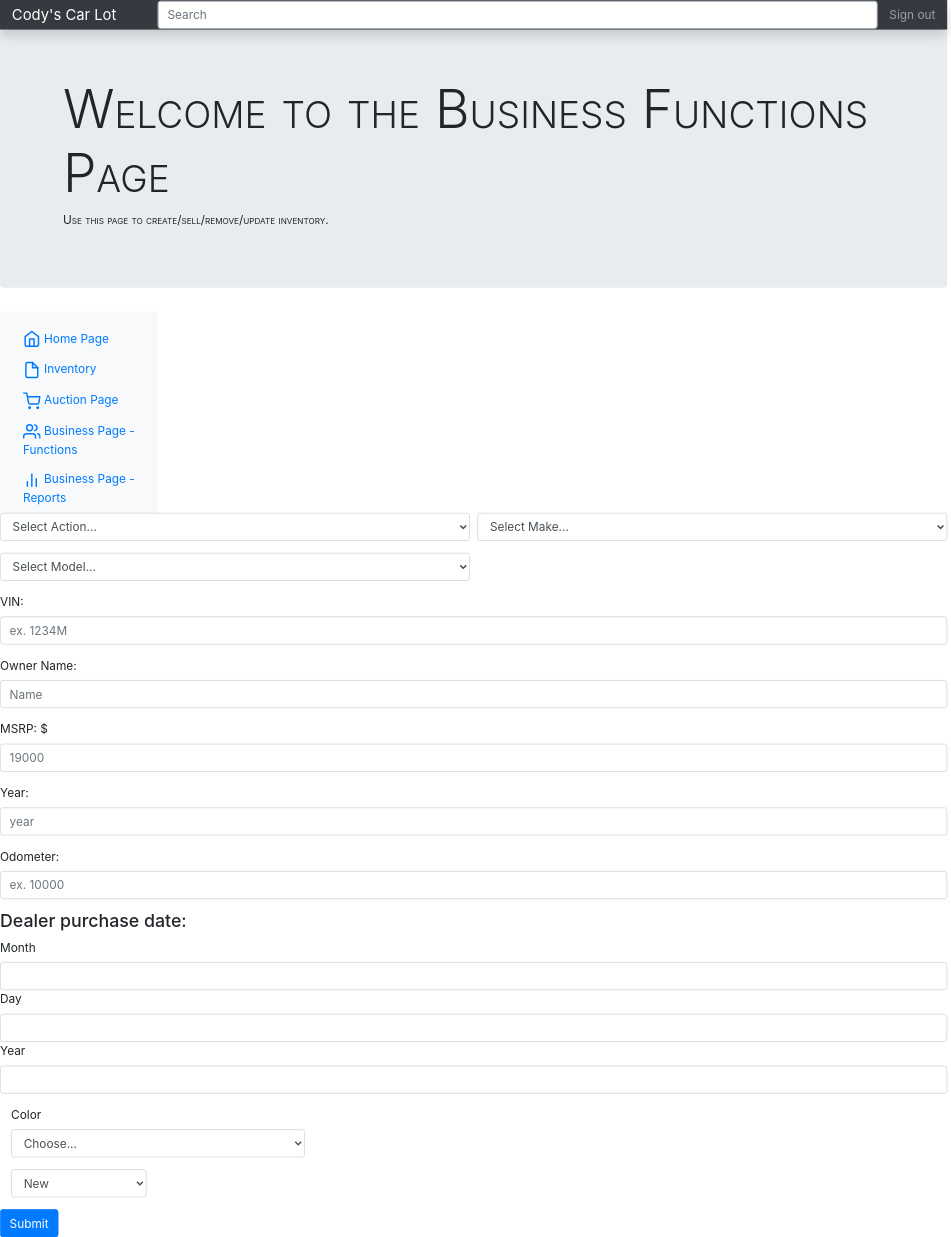
Repository: CodyHogge/CarDealershipProject
Page: http://localhost/CarDealershipProject/booted_functions.jsp
An editor plug-in stored every save of this project. The page is shown before and after the next save, followed by the edit.
The browser window is 1280 px wide. The page is 1285 px wide, so the pictures cover 1285 px, including what lies to the right of the window. The pictures show the whole page, at 74% of full size.
The page is served by Tomcat 9.

Above is the page before, as saved 2020-09-16 16:34:58.

After the next save:
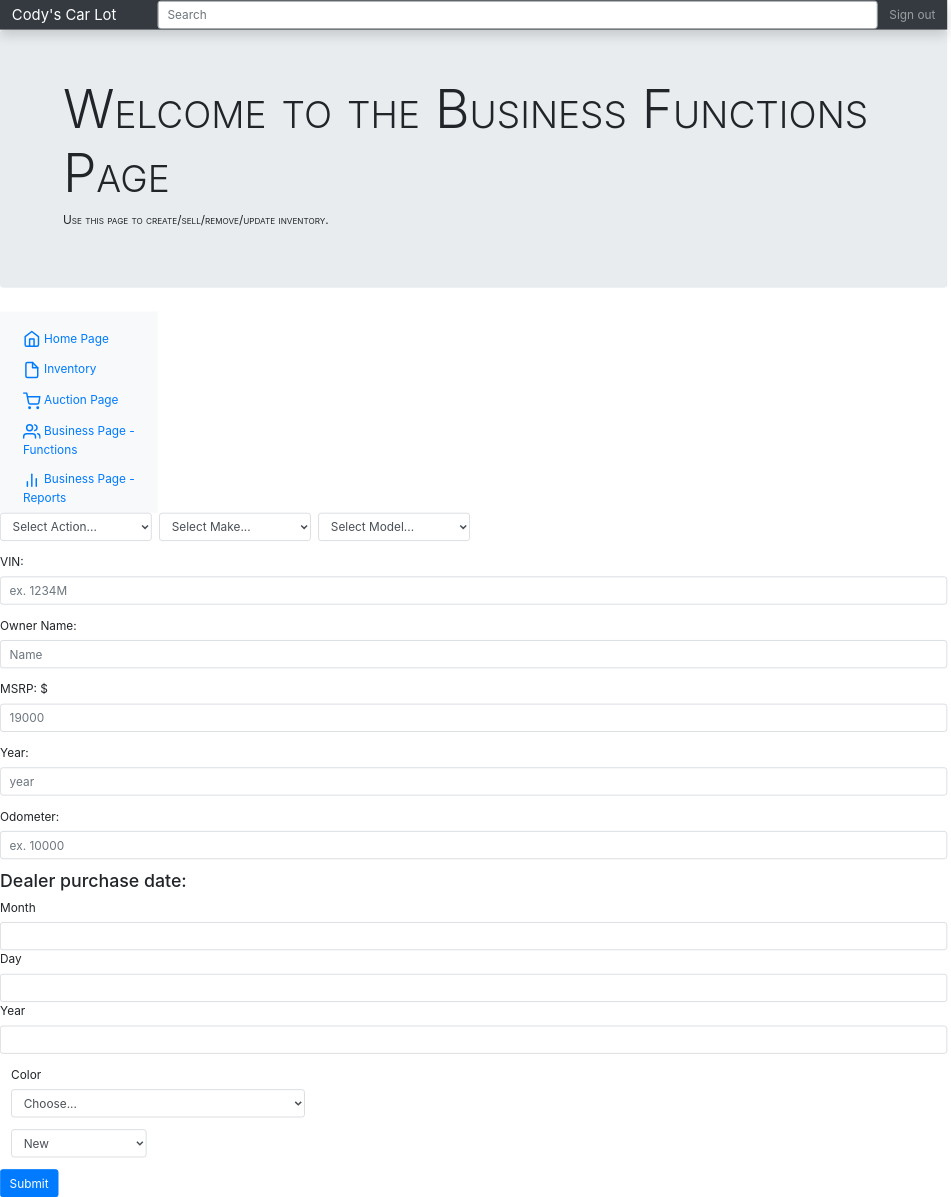
Saved 30 s later.
--- a/CarDealershipProject/WebContent/booted_functions.jsp
+++ b/CarDealershipProject/WebContent/booted_functions.jsp
@@ -75,7 +75,7 @@
 
 	<form action="inventoryUpdateServlet" method="post">
   		<div class="form-row">
-  			<div class="form-group col-md-6">
+  			<div class="form-group col-md-2">
       			<select name="action" id="action" class="form-control">
       				<option>Select Action...</option>
       				<option value="add">Add</option>
@@ -83,7 +83,7 @@
       				<option value="sell">Sell</option>
       			</select>
     		</div>
-    		<div class="form-group col-md-6">
+    		<div class="form-group col-md-2">
       			<select name="make" id="make" class="form-control">
       				<option>Select Make...</option>
       				<option value="mazda">Mazda</option>
@@ -91,7 +91,7 @@
       				<option value="toyota">Toyota</option>
       			</select>
     		</div>
-    		<div class="form-group col-md-6">
+    		<div class="form-group col-md-2">
       			<select name="model" id="model" class="form-control">
       				<option>Select Model...</option>
       				<option value="mazda3">Mazda3</option>
